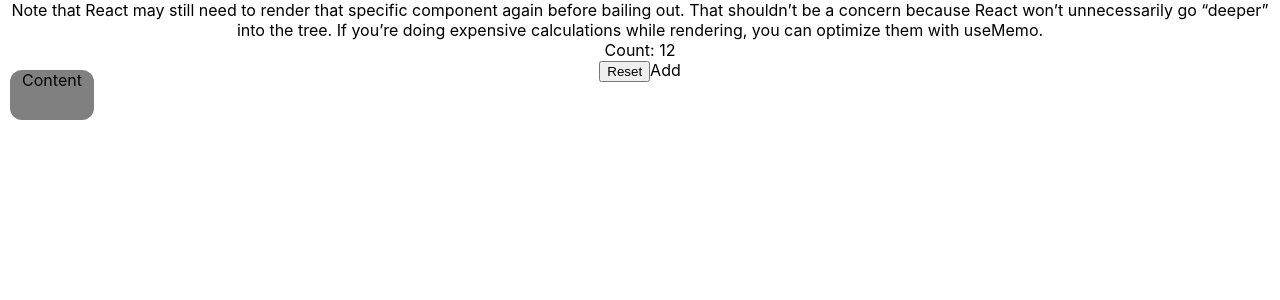
Repository: Farbod29/React-text-highlighter-with-hook-
Page: /
An editor plug-in stored every save of this project. The page is shown before and after the next save, followed by the edit.
The browser window is 1280 px wide. The pictures show the whole page.
The project was rebuilt for these pictures with package versions that can differ from the ones it lists, and the page was loaded fresh each time.

Above is the page before, as saved 2022-02-18 21:05:49.

After the next save:
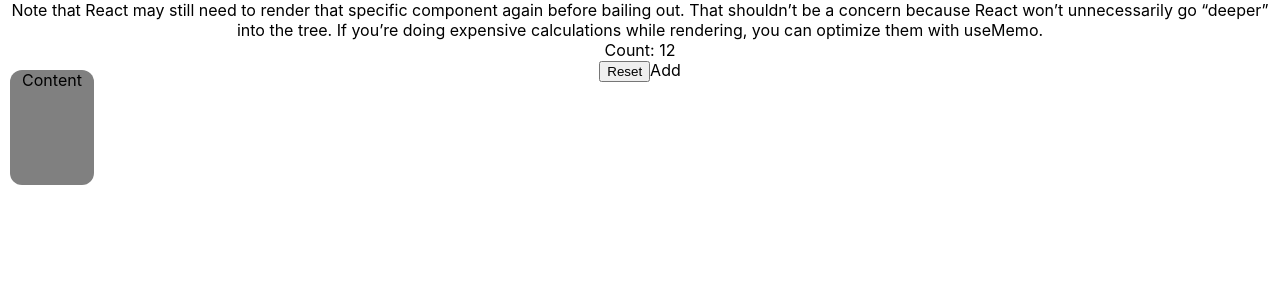
Saved 6 s later.
--- a/src/highlighter.js
+++ b/src/highlighter.js
@@ -23,7 +23,7 @@ export default function Highlighter() {
           style={{
             padding: '0px 10px',
             position: 'fixed',
-            height: '50px',
+            height: '9vi',
             width: '5vi',
             margin: '10px',
             borderRadius: '12px',
